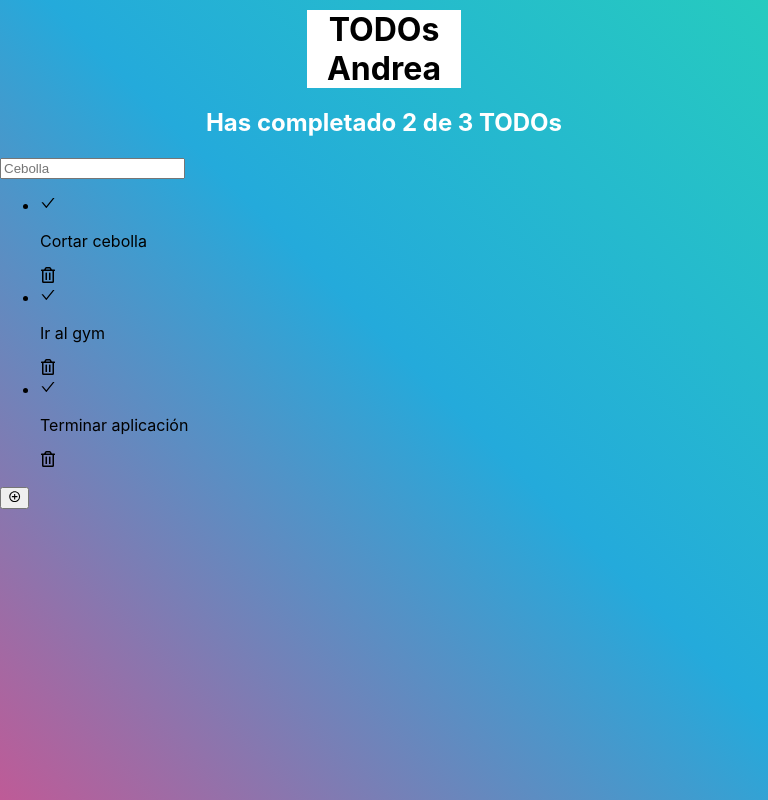
Repository: Pandrea-hub/TODOs
Page: /
These files come from the project's save history. The page is drawn as it stood at one moment and after the next save; the edit follows.
The browser window is 768 px wide. The pictures show the whole page.
The project was rebuilt for these pictures with package versions that can differ from the ones it lists, and the page was loaded fresh each time. Also part of the build but not shown: src/TodoItem.css.

Above is the page before, as saved 2022-06-07 09:18:05.

### src/index.js
import React from 'react';
import ReactDOM from 'react-dom/client';
import './index.css';
import App from './App';


const root = ReactDOM.createRoot(document.getElementById('root'));
root.render(
  <App/>
);

### src/index.css
body {
  margin: 0;
  font-family: -apple-system, BlinkMacSystemFont, 'Segoe UI', 'Roboto', 'Oxygen',
    'Ubuntu', 'Cantarell', 'Fira Sans', 'Droid Sans', 'Helvetica Neue',
    sans-serif;
  -webkit-font-smoothing: antialiased;
  -moz-osx-font-smoothing: grayscale;
}

code {
  font-family: source-code-pro, Menlo, Monaco, Consolas, 'Courier New',
    monospace;
}

#root{
  width: 100%;
  height: 100%;
  position: absolute;
  background: linear-gradient(45deg,#F17C58, #E94584, #24AADB , #27DBB1,#FFDC18, #FF3706);
  background-size: 600% 100%;
  animation: gradient 16s linear infinite;
  animation-direction: alternate;
}

@keyframes gradient {
  0% {background-position: 0%}
  100% {background-position: 100%}
}

### src/App.js
//import './App.css';
import React from 'react';
import { TodoCounter } from './TodoCounter';
import { TodoItem } from './TodoItem';
import { CreateTodoButton } from './CreateTodoButton';
import { TodoList } from './TodoList';
import { TodoSearch } from './TodoSearch';


const todos = [
  {text: 'Cortar cebolla',completed: false},
  {text: 'Ir al gym',completed: false},
  {text: 'Terminar aplicación',completed: false},
]


function App() {
  return (
    <React.Fragment>
      <TodoCounter />
      <TodoSearch />


      <TodoList>
        {todos.map(todo =>(
          <TodoItem key={todo.text} text={todo.text} completed={todo.completed}/>
        ))}
      </TodoList>
      <CreateTodoButton />
    </React.Fragment>

  );
}

export default App;

### src/TodoCounter.js
import React from 'react';
import './TodoCounter.css';

function TodoCounter(){
    return (
        <div className='title'>
            <h1>TODOs Andrea</h1>
            <h2 className='TodoCounter'>Has completado 2 de 3 TODOs</h2>
        </div>
    );
}

export { TodoCounter };

### src/TodoItem.js
import React from 'react';
import './TodoItem.css';
import {AiOutlineCheck} from 'react-icons/ai';
import {FaRegTrashAlt} from 'react-icons/fa';

function TodoItem(props){
    return (
        <li className='TodoItem'>
            <span className={`Icon Icon-check ${props.completed && 'Icon-check--activate' }`}>
                <AiOutlineCheck />
            </span>
            <p className={`TodoItem-p ${props.completed && 'TodoItem-p--complete'}`}>
                {props.text}
            </p>
            <span className='Icon Icon-delete'>
               <FaRegTrashAlt />
            </span>
        </li>
    );

}

export {TodoItem};

### src/CreateTodoButton.js
import React from 'react';
import {IoMdAddCircleOutline} from 'react-icons/io';

function CreateTodoButton(props){
    return(
        <button>
            <IoMdAddCircleOutline />
        </button>
    );
}

export {CreateTodoButton};

### src/TodoList.js
import React from "react";


function TodoList(props){
    return(
        <section>
            <ul>
                {props.children}
            </ul>
        </section>

    );
}


export {TodoList};

### src/TodoSearch.js
import React from 'react';


function TodoSearch(){
    return(
        <input placeholder="Cebolla" />
    );
}

export { TodoSearch};

### src/TodoCounter.css
.title{
    text-align: center;
    color:white;
}

.title h1{
    color:black;
    background-color:white;
    width: 20%;
    margin: 10px auto;
}

Loaded but not shown: public/index.html (common file)

After the next save:
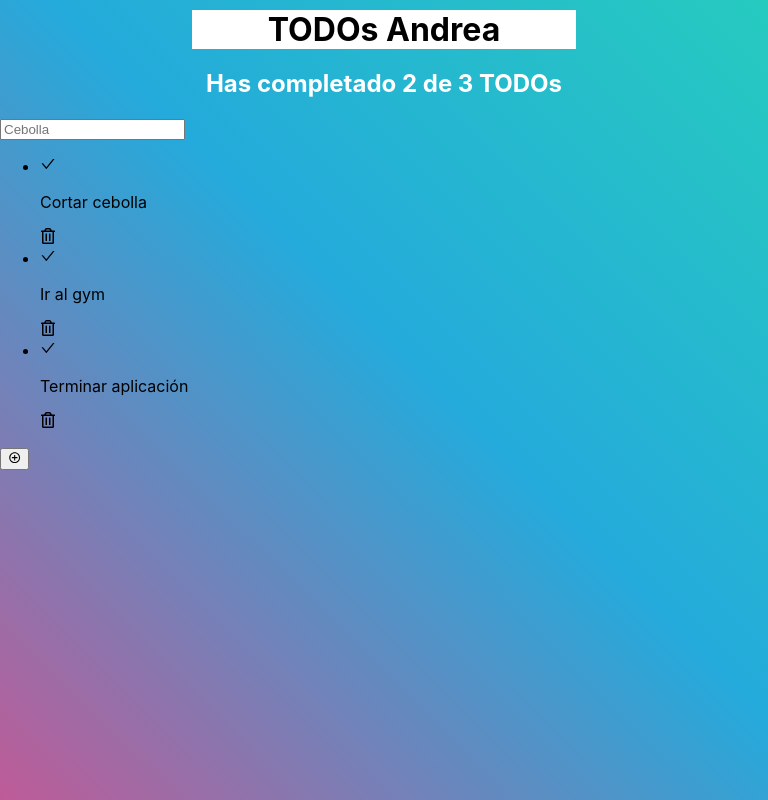
Saved 2 min 22 s later.
--- a/src/TodoCounter.css
+++ b/src/TodoCounter.css
@@ -9,3 +9,9 @@
     width: 20%;
     margin: 10px auto;
 }
+
+@media screen and (max-width:800px) {
+    .title h1{
+        width: 50%;
+    }
+}
